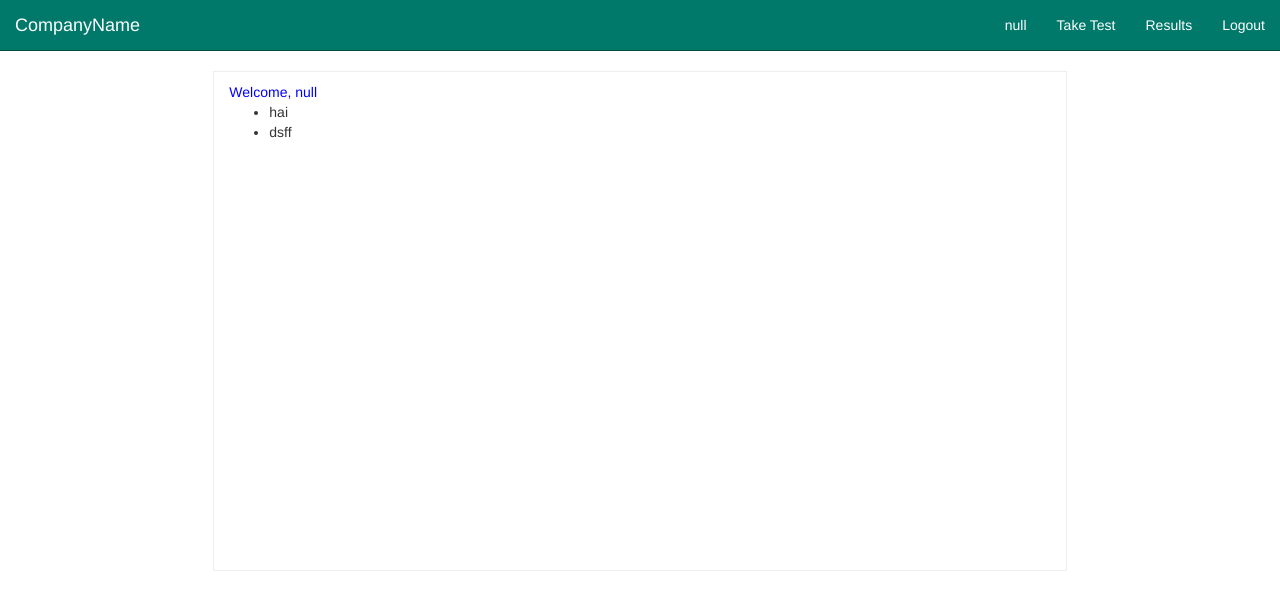
Repository: jayakumar721/projects
Page: http://localhost/TestEngine/dashboard.jsp
The author's editor kept a copy of each file at every save. The page is drawn from the files as they stood at one save, then again after the next save.
The browser window is 1280 px wide. The pictures show the whole page.
Some web libraries are served in a nearby version. The page is served by Tomcat 9. Other server files are loaded and not shown.

Above is the page before, as saved 2017-11-28 04:11:22.

### TestEngine/WebContent/dashboard.jsp
<%@ page language="java" contentType="text/html; charset=UTF-8"
	pageEncoding="UTF-8"%>
<!DOCTYPE html PUBLIC "-//W3C//DTD HTML 4.01 Transitional//EN" "http://www.w3.org/TR/html4/loose.dtd">
<html>
<head>
<meta http-equiv="Content-Type" content="text/html; charset=UTF-8">
<title>dashboard</title>
<link rel="stylesheet"
	href="https://maxcdn.bootstrapcdn.com/bootstrap/3.3.7/css/bootstrap.min.css">

<!-- jQuery library -->
<script
	src="https://ajax.googleapis.com/ajax/libs/jquery/3.2.1/jquery.min.js"></script>
<script src="vendor/jquery-validation/dist/jquery.validate.min.js"></script>

<!-- Latest compiled JavaScript -->
<script
	src="https://maxcdn.bootstrapcdn.com/bootstrap/3.3.7/js/bootstrap.min.js"></script>
<style type="text/css">
.navbar-inverse {
	background: #00796B;
	border-bottom-color: #004D40;
}

.navbar-inverse .navbar-nav>li>a, .navbar-inverse .navbar-brand,
	.navbar-inverse .navbar-nav>.dropdown>a .caret {
	color: #fff;
}

.navbar-inverse .navbar-nav>.open>a, .navbar-inverse .navbar-nav>.open>a:hover,
	.navbar-inverse .navbar-nav>.open>a:focus, .navbar-nav>li>.dropdown-menu
	{
	background: #4DB6AC;
}

.nav-pills
>
li
>
a
,
{
color








:









#303F9F








;
}
.nav>li>a:hover, .nav>li>a:focus {
	background-color: #EEEEEE;
}

.right {
	height: 500px;
	border: 1px solid #EEEEEE;
}
</style>
</head>
<body>
	<div>
		<%@ include file="header.jsp"%>
	</div>
	<div class="col-sm-2"></div>
	<div class="right col-sm-8">
		<div style="width: 100%; height: 20px; color: blue; margin-top: 10px">
			Welcome,
			<%=session.getAttribute("name")%></div>
		<div>
			<ul>
				<li>hai</li>
				<li>dsff</li>
			</ul>
		</div>
	</div>



</body>
</html>

### TestEngine/WebContent/header.jsp
<%@ page language="java" contentType="text/html; charset=UTF-8"
	pageEncoding="UTF-8"%>
<!DOCTYPE html PUBLIC "-//W3C//DTD HTML 4.01 Transitional//EN" "http://www.w3.org/TR/html4/loose.dtd">
<html>
<head>
<meta charset="UTF-8">
<title>Insert title here</title>

<link rel="stylesheet"
	href="https://maxcdn.bootstrapcdn.com/bootstrap/3.3.7/css/bootstrap.min.css">

<!-- jQuery library -->
<script
	src="https://ajax.googleapis.com/ajax/libs/jquery/3.2.1/jquery.min.js"></script>
<script src="vendor/jquery-validation/dist/jquery.validate.min.js"></script>

<!-- Latest compiled JavaScript -->
<script
	src="https://maxcdn.bootstrapcdn.com/bootstrap/3.3.7/js/bootstrap.min.js"></script>
<style type="text/css">
.navbar-inverse {
	background: #00796B;
	border-bottom-color: #004D40;
}

.navbar-inverse .navbar-nav>li>a, .navbar-inverse .navbar-brand,
	.navbar-inverse .navbar-nav>.dropdown>a .caret {
	color: #fff;
}

.navbar-inverse .navbar-nav>.open>a, .navbar-inverse .navbar-nav>.open>a:hover,
	.navbar-inverse .navbar-nav>.open>a:focus, .navbar-nav>li>.dropdown-menu
	{
	background: #4DB6AC;
}

.nav-pills
>
li
>
a
,
{
color
:

#303F9F
;


}
.nav>li>a:hover, .nav>li>a:focus {
	background-color: #EEEEEE;
}
</style>

</head>
<body>
	<div id="top-nav" class="navbar navbar-inverse navbar-static-top">
		<div class="container-fluid">
			<div class="navbar-header">
				<button type="button" class="navbar-toggle" data-toggle="collapse"
					data-target=".navbar-collapse">
					<span class="icon-bar"></span> <span class="icon-bar"></span> <span
						class="icon-bar"></span>
				</button>
				<a class="navbar-brand" href="dashboard.jsp">CompanyName</a>
			</div>
			<div class="navbar-collapse collapse">
				<ul class="nav navbar-nav navbar-right">
					<li><i class="fa fa-user-circle"></i><a><%=session.getAttribute("name")%></a>

					</li>
					<li><a href="Questions" id="taketest"><i
							class="fa fa-dashboard"></i> Take Test</a></li>
					<li><a href="Results" id="result"><i class="fa fa-tags"></i>
							Results</a></li>
					<li><a href="Login.html"><i class="fa fa-sign-out"></i>
							Logout</a></li>
				</ul>
			</div>
		</div>
		<!-- /container -->
	</div>

</body>
</html>

After the next save:
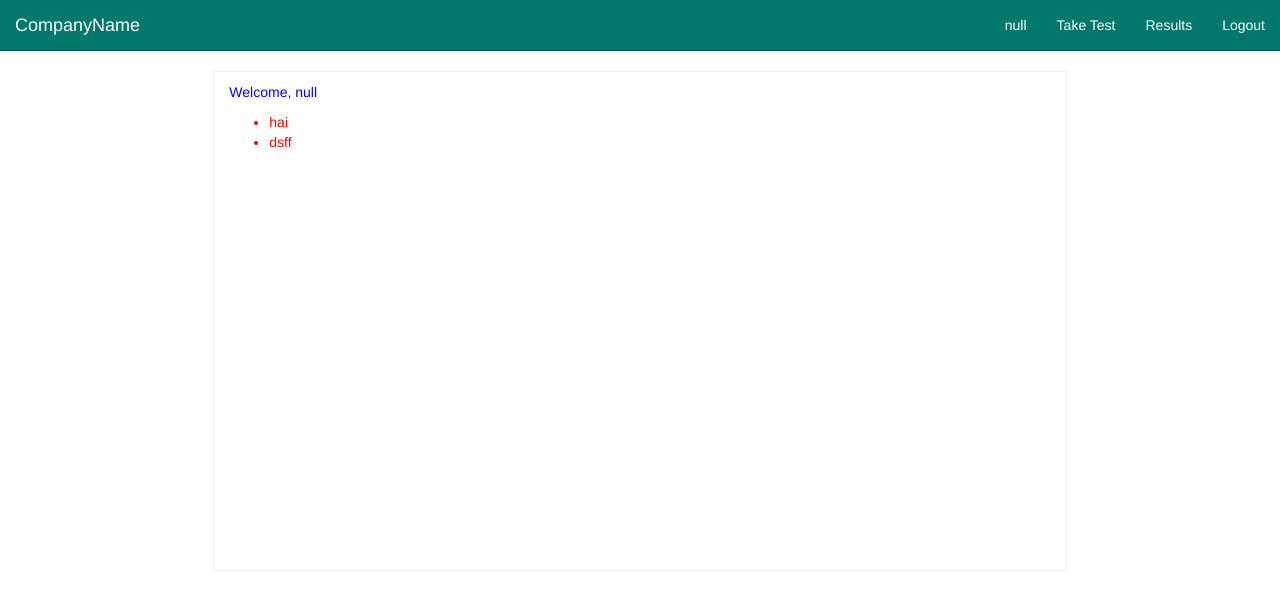
Saved 33 s later.
--- a/TestEngine/WebContent/dashboard.jsp
+++ b/TestEngine/WebContent/dashboard.jsp
@@ -89,7 +89,7 @@ color
 		<div style="width: 100%; height: 20px; color: blue; margin-top: 10px">
 			Welcome,
 			<%=session.getAttribute("name")%></div>
-		<div>
+		<div style="width: 100%; height: 300px; color: red; margin-top: 10px">
 			<ul>
 				<li>hai</li>
 				<li>dsff</li>
